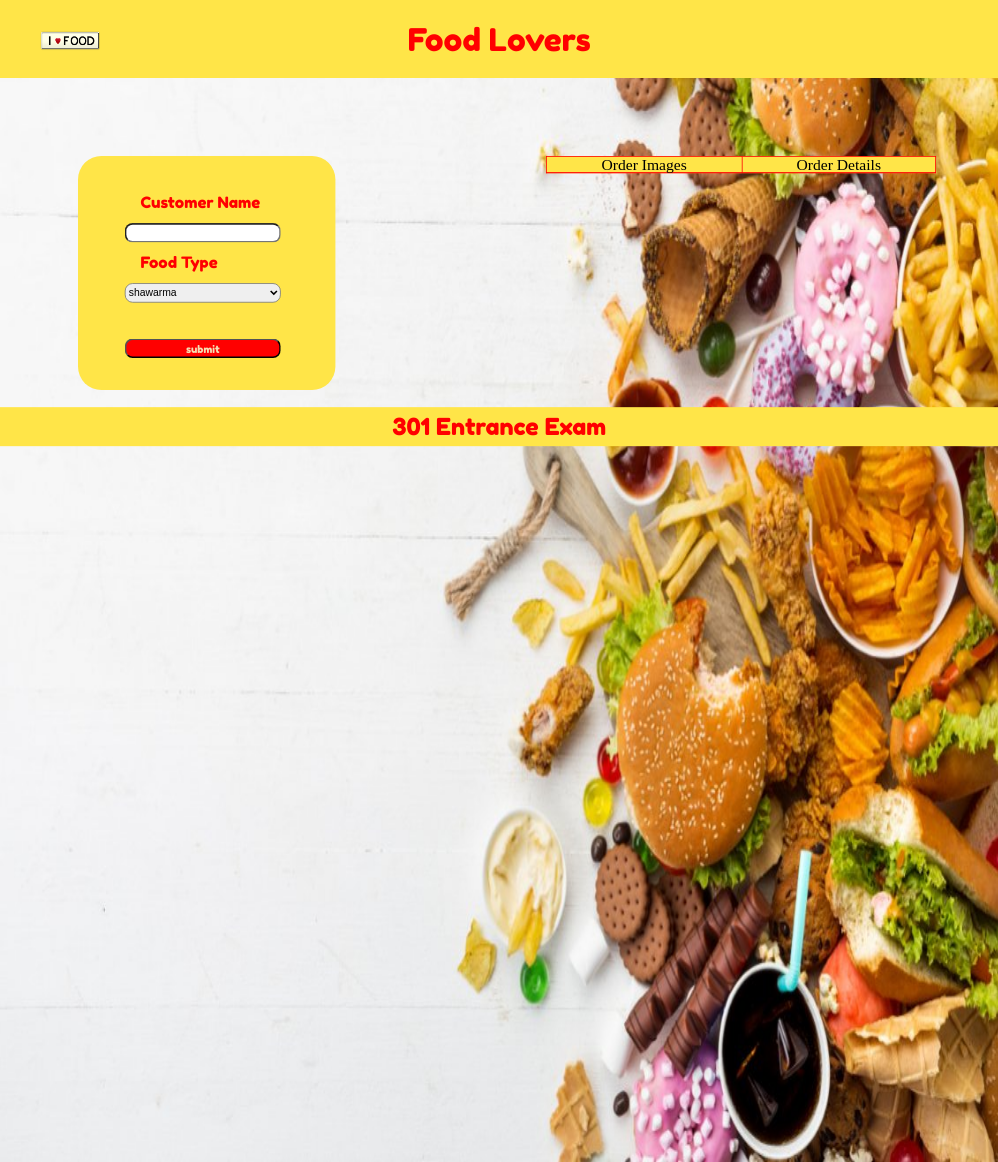
Repository: Razan-am/foodLovers
Page: index.html
These files come from the project's save history. The page is drawn as it stood at one moment and after the next save; the edit follows.
The browser window is 1280 px wide. The pictures show the whole page, at 78% of full size.

Above is the page before, as saved 2021-06-01 11:49:05.

### index.html
<!DOCTYPE html>
<html lang="en">

<head>
    <meta charset="UTF-8">
    <meta http-equiv="X-UA-Compatible" content="IE=edge">
    <meta name="viewport" content="width=device-width, initial-scale=1.0">
    <title>Food Lovers</title>
    <link rel="preconnect" href="https://fonts.gstatic.com">
    <link href="https://fonts.googleapis.com/css2?family=Fredoka+One&display=swap" rel="stylesheet">
    <link rel="stylesheet" href="css/reset.css">
    <link rel="stylesheet" href="css/style.css">
</head>

<body>
    <header>
        <h1>Food Lovers</h1>
        <img src="images/css images/logo.png" alt="logo">
    </header>
    <main>
        <form action="" id="myForm">
            <fieldset>
                <label for="name">Customer Name</label>
                <br/><br/>
                <input type="text" id="name" name="name">
                <br/><br/>
                <label for="food">Food Type</label>
                <br/><br/>
                <select name="food" id="food">
                    <option value="shawarma">shawarma</option>
                    <option value="pizza">pizza</option>
                    <option value="burger">burger</option>
                </select>
                <br/><br/>
                <input type="submit" value="submit">
            </fieldset>
        </form>
        <table id="myTable">
            <tr>
                <th>Order Images</th>
                <th>Order Details</th>
            </tr>
        </table>
        <img src="images/css images/background.jpg" alt="backGround" id="main"/>
    </main>
    <footer>
        <p>301 Entrance Exam </p>
    </footer>
    <script src="js/app.js"></script>
</body>

</html>

### css/style.css
*{
    box-sizing: border-box;
}
header{
    background-color: rgba(255, 229, 72, 255);
    height: 100px;
}
h1{
    font-family: 'Fredoka One', cursive;
    color: red;
    text-align: center;
    font-size: 40px;
    font-weight: lighter;
    padding-top: 30px;
}

header img{
    top: 2px;
    left: 30px;
    position: absolute;
    width: 120px;
    height: 100px;
}
#main{
    top: 50px;
    position: absolute;
    z-index: -1;
    width: 100%;
    height: 200%;
}
form{
    display: inline-block;
    background-color:  rgba(255, 229, 72, 255);
    margin-top: 100px;
    margin-left: 100px;
    width: 330px;
    height: 300px;
    border-radius: 30px;
}
form label{
    top: 50px;
    position: relative;
    padding-left: 80px;
    font-size: 20px;
    color: red;
    font-family: 'Fredoka One', cursive;
}
form input{
    top: 50px;
    position: relative;
    margin-left: 60px;
    width: 200px;
    height: 25px;
    border-radius: 10px;
}
form select{
    top: 50px;
    position: relative;
    margin-left: 60px;
    width: 200px;
    height: 25px;
    border-radius: 10px;
    margin-bottom: 30px;
}
form input:last-of-type{
    background-color: red;
    color: wheat;
    font-family: 'Fredoka One', cursive;
}
table{
    background-color: rgba(255, 229, 72, 255) ;
    top: -300px;
    position: relative;
    margin-left: 700px;
    width: 500px;
    /* border-radius: 10px; */

}
table th{

    margin-top: 20px;
    margin-left: 30px;
    border: 1px solid red;
    font-size: 20px;
    text-align: center;

}
table td{

    border: 1px solid red;
    padding-bottom: 80px;
    background-color: thistle;
}
table img{
    width: 90px;
    height: 90px;
    z-index: 1;
    margin-top: 30px;
    margin-left: 30px;

}
table p{
    color: black;
    font-family: 'Fredoka One', cursive;
    margin-top:20px;
    margin-left: 20px;
}
footer{
    background-color: rgba(255, 229, 72, 255);
    height: 50px;
}
footer p{
    text-align: center;
    color: red;
    font-size: 30px;
    padding-top: 10px;
    font-family: 'Fredoka One', cursive;
}

### js/app.js
'use strict';

let myForm = document.getElementById('myForm');
let myTable = document.getElementById('myTable');


let mainArr = [];
function Foods(userName,foodType){
    this.userName=userName;
    this.foodType=foodType;
    this.img=`images/${foodType}.jpg`
    mainArr.push(this);
}
console.log(mainArr);

myForm.addEventListener('submit',handleEvent);
function handleEvent(event){
    event.preventDefault();

    let userName = event.target.name.value;
    let foodType = event.target.food.value;
    console.log(foodType);
    new Foods(userName,foodType);
    setting();
    render();
}

function randomNumber(min,max){
    min = Math.ceil(min);
    max = Math.floor(max);
    return Math.floor(Math.random() * (max - min) + min)
}

function render(){
    let tBody = document.createElement('tr');
    myTable.appendChild(tBody);

    for (let index = 0; index < mainArr.length; index++) {
        tBody.textContent='';

        let td1 = document.createElement('td');
        tBody.appendChild(td1);

        let imgEl = document.createElement('img');
        td1.appendChild(imgEl);
        imgEl.setAttribute('src', mainArr[index].img);

        let td2 = document.createElement('td');
        tBody.appendChild(td2);

        let pEl1 = document.createElement('p');
        td2.appendChild(pEl1);
        pEl1.textContent=`Customer Name:${mainArr[index].userName}`;
        let pEl2 = document.createElement('p');
        td2.appendChild(pEl2);
        pEl2.textContent=`Food Type:${mainArr[index].foodType}`;
        let pEl3 = document.createElement('p');
        td2.appendChild(pEl3);
        pEl3.textContent=`Food Price:${randomNumber(1,100)}`;


    }
}

function setting(){
    let data = JSON.stringify(mainArr);
    localStorage.setItem('information',data);
}

function getting(){
    let stringObj = localStorage.getItem('information');
    let normalObj = JSON.parse(stringObj);
    console.log(stringObj);
    console.log(normalObj);
    if(normalObj !== null){
        mainArr = normalObj;
    }
    render();
}
getting();

Loaded but not shown: css/reset.css (common file)

After the next save:
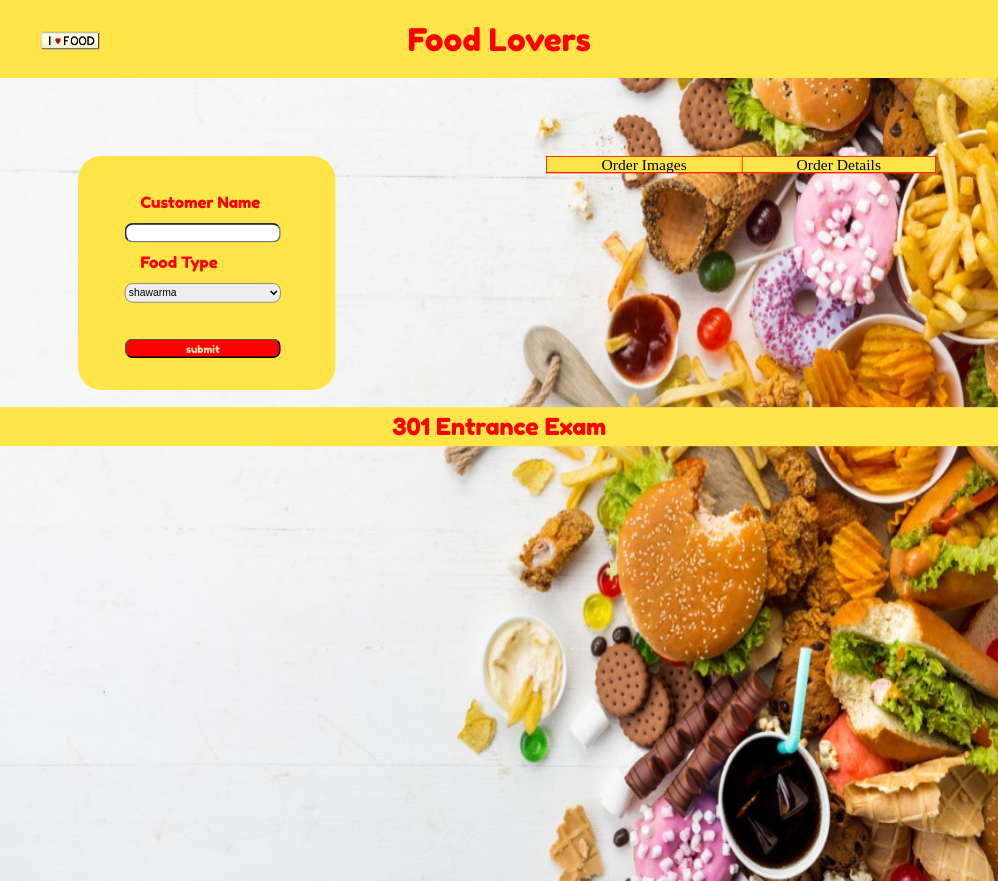
Saved 9 s later.
--- a/css/style.css
+++ b/css/style.css
@@ -26,7 +26,7 @@ header img{
     position: absolute;
     z-index: -1;
     width: 100%;
-    height: 200%;
+    height: 150%;
 }
 form{
     display: inline-block;
